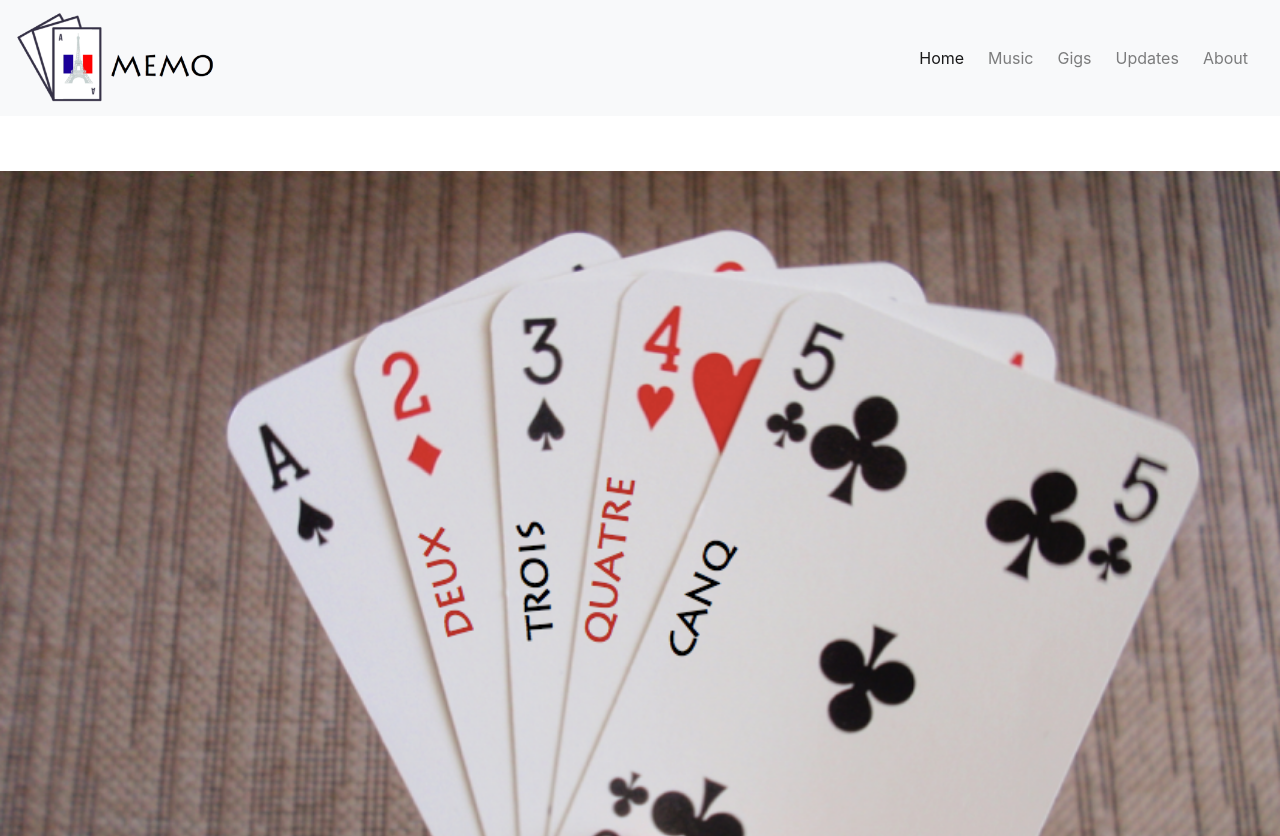
Repository: farahroslend/memofrancais
Page: landingPage.html
The author's editor kept a record of every edit. The page is drawn from the files as they stood at one moment, then again after the next edit.
The browser window is 1280 px wide. The pictures show the whole page.
Backgrounds fixed to the window are drawn as part of the page.

Above is the page before.
Not found: css/styler.css

### landingPage.html
<!DOCTYPE html>
<html lang="en">

<head>
    <meta charset="UTF-8">
    <meta name="viewport" content="width=device-width, initial-scale=1.0">
    <meta http-equiv="X-UA-Compatible" content="ie=edge">
    <link rel="stylesheet" href="https://maxcdn.bootstrapcdn.com/bootstrap/4.1.3/css/bootstrap.min.css">

    <!-- Add icon library -->
    <link rel="stylesheet" href="https://cdnjs.cloudflare.com/ajax/libs/font-awesome/4.7.0/css/font-awesome.min.css">
    <link href="https://fonts.googleapis.com/css?family=Anton|Dancing+Script|Luckiest+Guy&display=swap" rel="stylesheet">
    <link rel="stylesheet" href="https://maxcdn.bootstrapcdn.com/font-awesome/4.7.0/css/font-awesome.min.css">
    <link rel="stylesheet" href="css/styler.css" type="text/css">


    <style type="text/css">
        .bgimg {
            background-image: url('./visuals/lpPic1.png');
            height: 100vh;
            width: 100%;
            background: url('./visuals/lpPic1.png') no-repeat center center fixed;
            background-position-y: 55px;
            background-position-x: 0px;
            -webkit-background-size: cover;
            -moz-background-size: cover;
            -o-background-size: cover;
            background-size: cover;

            display: flex;
            align-items: center;
            justify-content: center;

            position: relative;
        }

        .navfixed {
            position: fixed;
        }
    </style>

    <title>MEMO</title>
</head>

<body>
    <!---------------------------------------------------------------------- Nav bar -->
    <nav class="navbar navbar-light navbar-expand-sm bg-light">
        <!-- <a href="/" class="navbar-brand">Whiskey Drop</a> -->
        <a href="index.html" class="navbar-brand"><img src="./visuals/memologo5.png" alt="" height="90"></a>
        <button class="navbar-toggler ml-2" type="button" data-toggle="collapse" data-target="#navbarNavDropdown" aria-controls="navbarNavDropdown" aria-expanded="false" aria-label="Toggle navigation">
            <span class="navbar-toggler-icon"></span></button>
        <div class="collapse navbar-collapse" id="navbarNavDropdown">
            <ul class="navbar-nav ml-auto">
                <li class="active nav-item mr-2"><a class="nav-link" href="index.html">Home</a></li>
                <li class="nav-item mr-2"><a class="nav-link" href="#music">Music</a></li>
                <li class="nav-item mr-2"><a class="nav-link" href="#gigs">Gigs</a></li>
                <li class="nav-item mr-2"><a class="nav-link" href="#bottom">Updates</a></li>
                <li class="nav-item mr-2"><a class="nav-link" href="about.html">About</a></li>
                <!-- <li class="nav-item mr-2 d-block d-sm-none"><a class="nav-link" href="">Sign In / Sign Up</a></li> -->
            </ul>
        </div>
    </nav>

    <!---------------------------------------------------------------------- Callout -->
    <div class="container-fluid callout-container bgimg">
        <div class="opaque-overlay">&nbsp;</div>
    </div>

    <!---------------------------------------------------------------------- /.callout -->

</body>

</html>

After the next edit:
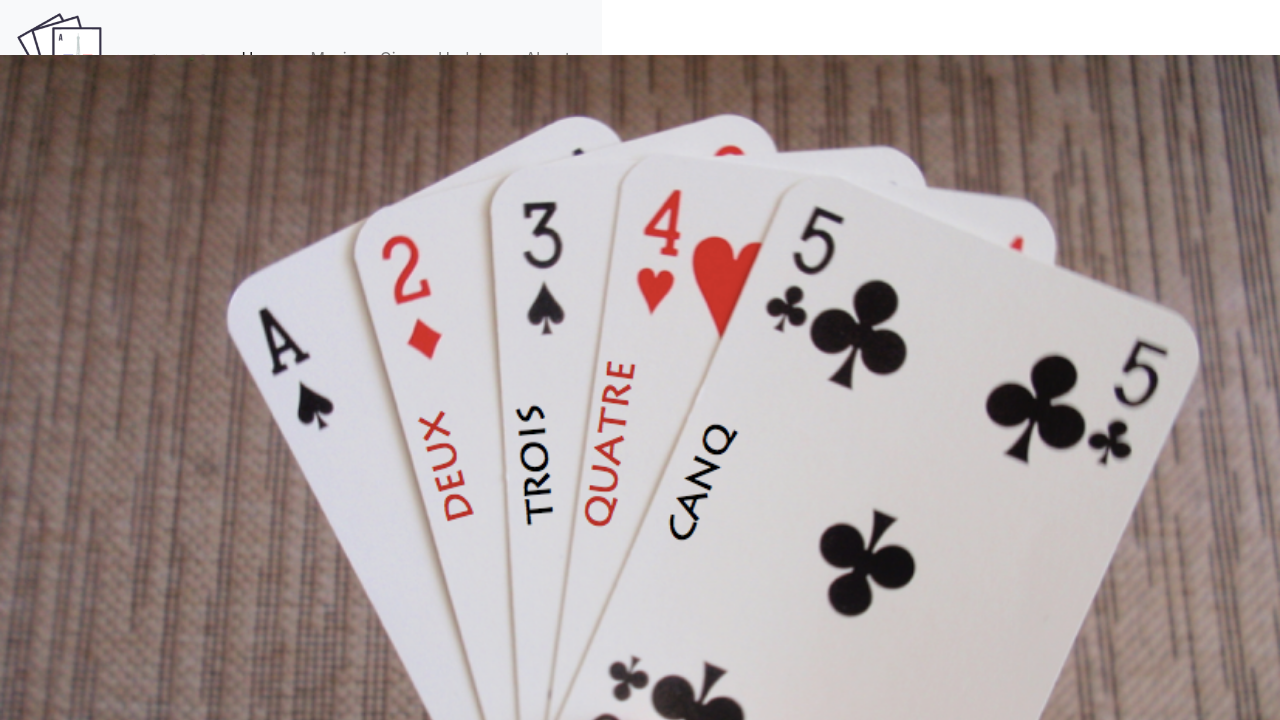
The edit:
--- a/landingPage.html
+++ b/landingPage.html
@@ -44,7 +44,7 @@
 
 <body>
     <!---------------------------------------------------------------------- Nav bar -->
-    <nav class="navbar navbar-light navbar-expand-sm bg-light">
+    <nav class="navbar navbar-light navbar-expand-sm bg-light navfixed">
         <!-- <a href="/" class="navbar-brand">Whiskey Drop</a> -->
         <a href="index.html" class="navbar-brand"><img src="./visuals/memologo5.png" alt="" height="90"></a>
         <button class="navbar-toggler ml-2" type="button" data-toggle="collapse" data-target="#navbarNavDropdown" aria-controls="navbarNavDropdown" aria-expanded="false" aria-label="Toggle navigation">
